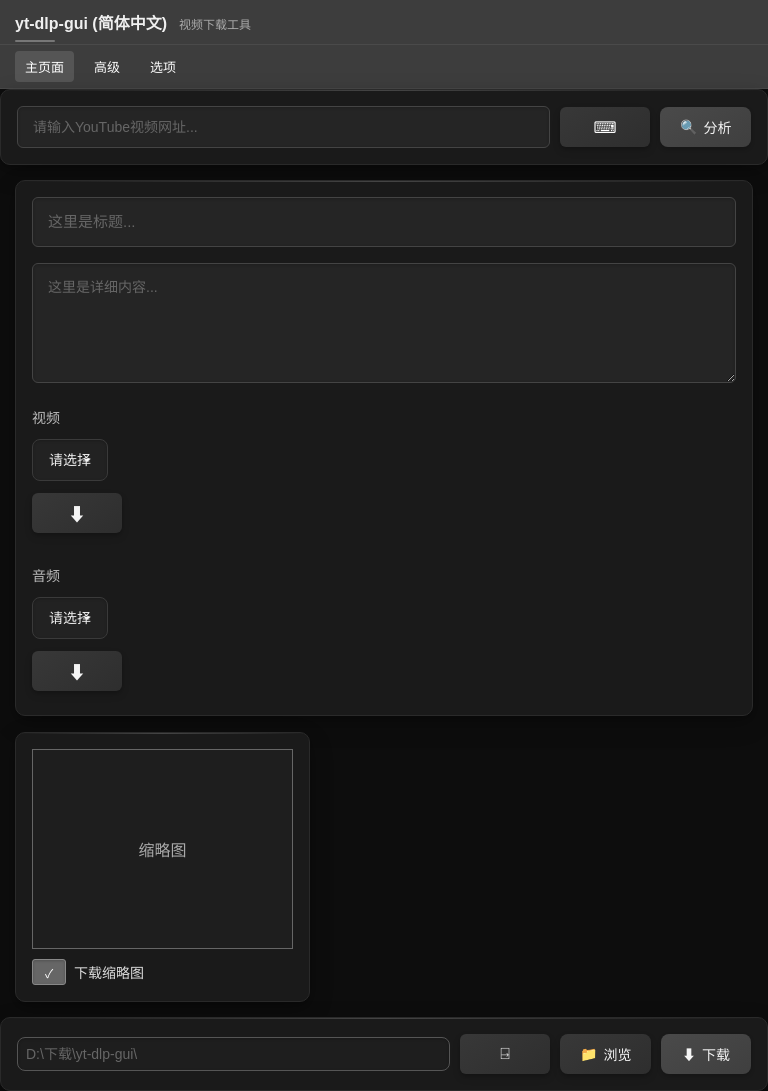
Repository: zArvin6808/yt-TubeSaver
Page: index.html
An editor plug-in stored every save of this project. The page is shown before and after the next save, followed by the edit.
The browser window is 768 px wide. The pictures show the whole page.

Above is the page before, as saved 2025-06-07 18:38:38.

After the next save:
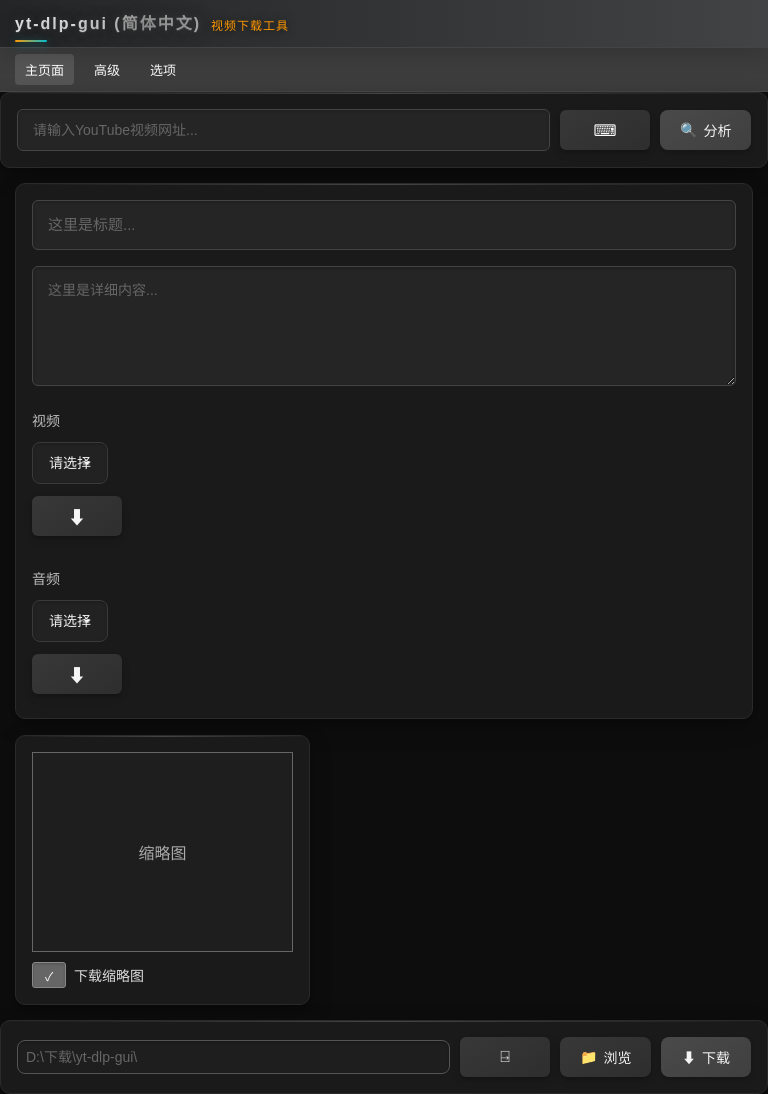
Saved 47 s later.
--- a/style.css
+++ b/style.css
@@ -15,19 +15,29 @@
 
     /* 标题栏 */
     .title-bar {
-      background-color: #3d3d3d;
+      background: linear-gradient(90deg, #232526 0%, #414345 100%);
       display: flex;
       align-items: center;
-      padding: 12px 20px;
-      gap: 12px;
-      border-bottom: 1px solid #4a4a4a;
+      padding: 20px 32px 16px 32px;
+      gap: 18px;
+      border-bottom: 1.5px solid #444;
+      box-shadow: 0 4px 24px rgba(0,0,0,0.18);
+      position: relative;
+      z-index: 2;
     }
 
     .title-bar h1 {
-      font-size: 18px;
+      font-size: 2.2rem;
+      font-weight: 800;
       margin: 0;
-      font-weight: 600;
-      position: relative;
+      letter-spacing: 2px;
+      background: linear-gradient(90deg, #fff 30%, #b0b0b0 70%);
+      -webkit-background-clip: text;
+      -webkit-text-fill-color: transparent;
+      background-clip: text;
+      text-shadow: 0 2px 16px #222, 0 1px 0 #fff2, 0 0 8px #8884;
+      position: relative;
+      padding-bottom: 6px;
     }
 
     .title-bar h1::after {
@@ -35,16 +45,40 @@
       position: absolute;
       bottom: -8px;
       left: 0;
-      width: 40px;
-      height: 2px;
-      background-color: #777;
-      border-radius: 1px;
+      width: 60px;
+      height: 3px;
+      background: linear-gradient(90deg, #ff9800 0%, #00bcd4 100%);
+      border-radius: 2px;
+      box-shadow: 0 2px 8px #00bcd488;
     }
 
     .title-bar span {
-      font-size: 13px;
-      color: #aaa;
-      margin-top: 2px;
+      font-size: 1.1rem;
+      color: #ff9800;
+      font-weight: 500;
+      letter-spacing: 1px;
+      margin-top: 4px;
+      text-shadow: 0 1px 8px #000a;
+    }
+
+    @media (max-width: 768px) {
+      .title-bar {
+        padding: 12px 10px 10px 10px;
+        gap: 10px;
+      }
+      .title-bar h1 {
+        font-size: 1.2rem;
+        padding-bottom: 3px;
+      }
+      .title-bar h1::after {
+        width: 32px;
+        height: 2px;
+        bottom: -5px;
+      }
+      .title-bar span {
+        font-size: 0.95rem;
+        margin-top: 2px;
+      }
     }
 
     /* 导航栏 */
